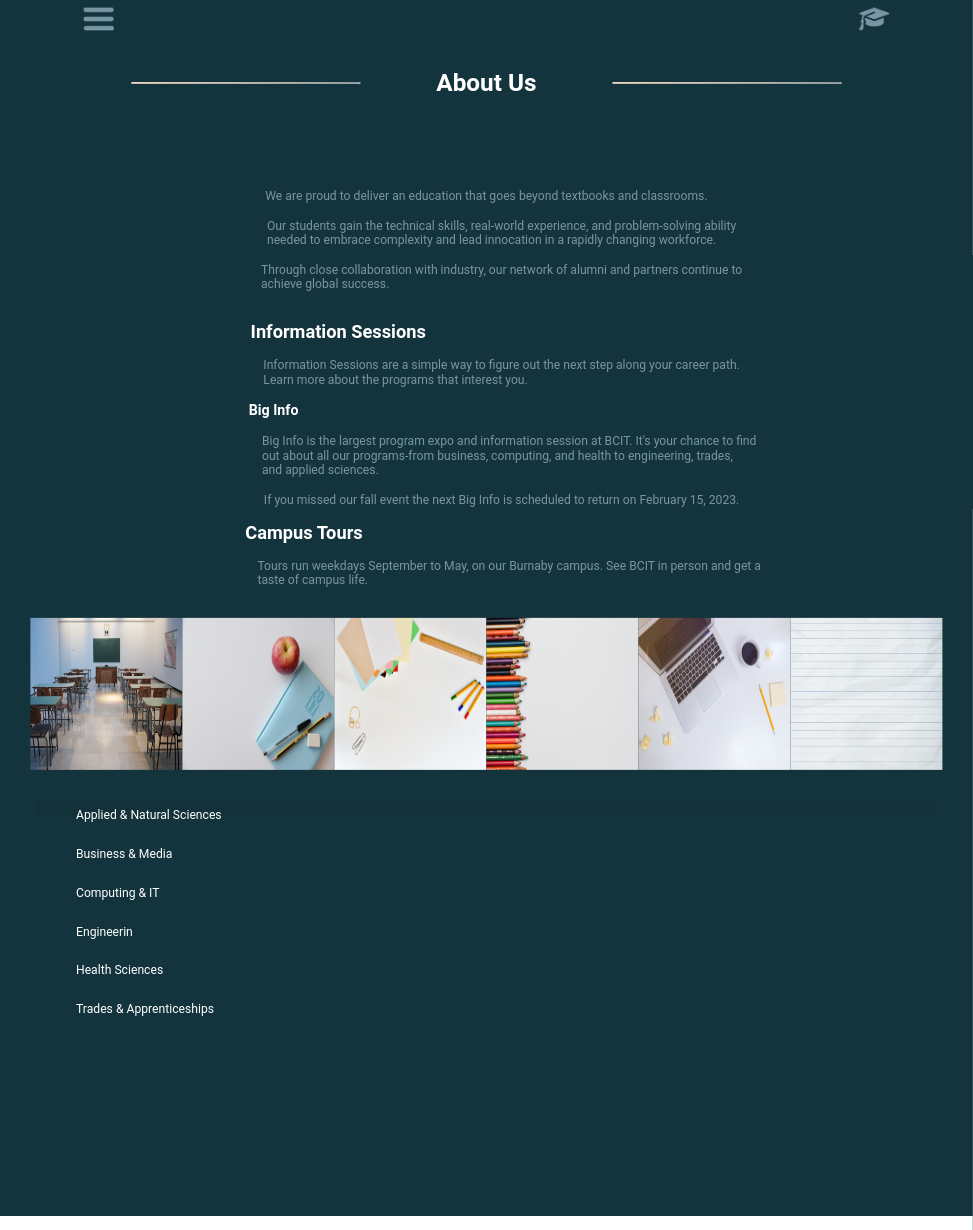
Repository: Sheraliramzan/Aly_A01253508_Assignment1
Page: /about
The author's editor kept a copy of each file at every save. The page is drawn from the files as they stood at one save, then again after the next save.
The browser window is 1280 px wide. The pictures show the whole page, at 76% of full size.
The project was rebuilt for these pictures with package versions that can differ from the ones it lists, and the page was loaded fresh each time. The framework's server and built-in components were replaced by stand-ins that run in the browser. Also part of the build but not shown: next.config.js.

Above is the page before, as saved 2023-02-05 10:03:41.

### pages/about.js
import Head from 'next/head'
import Image from 'next/image'
import styles from '../styles/Home.module.css'
import dynamic from "next/dynamic";
import Nav from '../comp/nav/nav';


const About = () => {
  return (
    <>
      <Head>
        <title>About Us</title>
        <meta name="author" content="MDIA 2109" />
        <meta property="og:title" content= 'Assignment #1 - About Us Page'/>
        <meta property="og:description" content= "BCIT Digital Design and Development Diploma"/>
        <meta name="viewport" content="width=device-width, initial-scale=1" />
        <link rel="icon" href="/favicon.png" />
      </Head>
      <main className={styles.main}>
        <div className="aboutcont">
          <Nav/>
          <div>
              <div className='headcont1'>
                <hr className='hori'></hr>
                <h1 className='header'>About Us</h1>
                <hr className='hori1'></hr>
                <h1></h1>
              </div>
              <div className='paracont'>
                <p className='para2'> We are proud to deliver an education that goes beyond textbooks
                  and classrooms.</p>
                <p className='para3'> Our students gain the technical skills, real-world experience,
                  and problem-solving ability <br /> needed to embrace complexity
                  and lead innocation in a rapidly changing workforce.</p>
                <p className='para3'>Through close collaboration with industry, our network of alumni
                  and partners continue to <br /> achieve global success.</p>
              </div>
                <h2 className='header2'> Information Sessions</h2>
                <p className='para3'> Information Sessions are a simple way to figure out the next
                  step along your career path. <br /> Learn more about the
                programs that interest you.</p>
                <h3 className='header3'>Big Info</h3>
              <p className='para4'> Big Info is the largest program expo and information session at
                BCIT. It's your chance to find <br /> out about all our
                programs-from business, computing, and health to engineering,
                trades,
                <br /> and applied sciences.
              </p>
              <p className='para3'>If you missed our fall event the next Big Info is scheduled to
                return on February 15, 2023.
              </p>
              <h2 className="header4">Campus Tours</h2>
              <p className='para4'>  Tours run weekdays September to May, on our Burnaby campus. See
                BCIT in person and get a <br /> taste of campus life.</p>
          </div>
          <div>
            <div id="carouselImage">
                <Image src={"/0.jpg"} width={200} height={200}></Image>
                <Image src={"/1.jpg"} width={200} height={200}></Image>
                <Image src={"/2.jpg"} width={200} height={200}></Image>
                <Image src={"/3.jpg"} width={200} height={200}></Image>
                <Image src={"/4.jpg"} width={200} height={200}></Image>
                <Image src={"/5.jpg"} width={200} height={200}></Image>
            </div >
                  <div id="testOnImageHere">
                    <ul>
                      <li>Applied & Natural Sciences</li>
                      <li>Business & Media</li>
                      <li>Computing & IT</li>
                      <li>Engineerin</li>
                      <li>Health Sciences</li>
                      <li>Trades & Apprenticeships</li>
                    </ul>
                  </div>
          </div>
        </div>
        <a>
            <span>
                <img></img>
                <img></img>
            </span>
        </a>
      </main>
    </>
  )
}
export default dynamic (() => Promise.resolve(About), {ssr: false})

### styles/globals.css


* {
  box-sizing: border-box;
  padding: 0;
  margin: 0;
}

html,
body {
  margin: 0;
  padding: 0;
  font-family: "Roboto", sans-serif;
  scrollbar-width: none;

}
.menuimg{
  margin-left: 100px;
}
.gardimg{
  margin-right: 100px;
}
.navcont {
  display: flex;
  align-items: center;
  justify-content: space-between;
  padding: 10px;
}
.menucont{
  position: absolute;
  top: 0rem;
  left: 4rem;
}
a{
  color: var(--primary-color);
  text-decoration: none;
}

ul {
  display: flex;
  flex-direction: column;
  position: absolute;
  top: 10px;
  left: 50px;
  gap: 2rem;
  text-decoration: none;
}

ul > li {
  list-style-type: none;
  text-decoration: none;
  color: var(--primary-color);
}
.listcont{
  position: absolute;
  display: flex;
  align-items: flex-start;
  left: 3rem;
  top: 3rem;
}

.btncont {
  display: flex;
}

.close {
  background-color: transparent;
  border: none;
  font-size: larger;
  color: var(--primary-color);
}

.fullcont{
  width: 100vw;
  height: 100vh;
  background-image: url("/background-images/backgroundMountain.jpg");
  background-size: cover;
}
.but1{
  margin: 2px;
  padding: 5px 15px;
  background: none;
  border: 1px solid var(--primary-color);
  border-radius: 5px;
  color:var(--primary-color) ;
}
.butcont{
 margin-left: 250px;
}

.but1:hover{
  background-color: var( --primary-color);
  color: var(--quinary-color);
}
.downarrow{
  position: relative;
  left: 650px;
  top:50px;
}
.headcont{
  display: flex;
  flex-direction: column;
  width: 25%;
  margin-top: 320px;
  margin-left: 250px;
}
.headhome{
  color: var(--primary-color);
  font-size: 25px;
  margin-bottom: 10px;
}
.horidiv{
  width: 60%;
  border: 1px solid var(--secondary-color);
  margin-bottom: 10px;
}
.para1{
  color: var(--primary-color);
  font-size:12px;
  width: 100%;
  opacity: 0.8;
}
.aboutcont{
  width: 100%;
  background-color: var( --quaternary-color);
  justify-content: center;
  height: 1600px;
}
.hori{
  border-left: 300px solid var(--secondary-color);
  width: 100px;
  height: 1px;
  margin-right: 100px;
}
.hori1{
  border-left: 300px solid var(--secondary-color);
  width: 100px;
  height: 1px;
  margin-left: 100px;
}
.headcont1{
  text-align: center;
  margin-top: 40px;
  display: flex;
  justify-content: center;
  align-items: center;
}
.header{
  color: var(--primary-color);
}
.paracont{
  display: flex;
  flex-direction: column;
  color: var(--ternary-color);
  justify-content: center;
  align-items: center;
  margin-top: 100px;

}
.para2{
  margin-top: 20px;
  margin-bottom: 20px;
}
.header2{
  display: flex;
  flex-direction: column;
  align-items: center;
  margin-right: 390px;
  margin-top: 20px;
  margin-bottom: 20px;
  color: var(--primary-color);
}
.header3{
  display: flex;
  flex-direction: column;
  align-items: center;
  margin-right: 560px;
  margin-top: 20px;
  margin-bottom: 20px;
  color: var(--primary-color);
}
.header4{
  display: flex;
  flex-direction: column;
  align-items: center;
  margin-right: 480px;
  margin-top: 20px;
  margin-bottom: 20px;
  color: var(--primary-color);
}
.para3{
  color: var(--ternary-color);
  display: flex;
  align-items: center;
  justify-content: center;
  margin-bottom: 20px;
  margin-left: 40px;
}
.para4{
  color: var(--ternary-color);
  display: flex;
  align-items: center;
  justify-content: center;
  margin-bottom: 20px;
  margin-left: 60px;
}
#carouselImage{
  height: 200px;
  background-repeat: no-repeat;
  background-size: cover;
  display: flex;
  justify-content: center;
  align-items: center;
  margin: 40px 0px;
}
#testOnImageHere{
  background-color: rgba(16, 46, 53, 0.5);
  padding: 10px;
  margin: 0px 50px;
  position: relative;
}

### styles/variables.css
:root{
    --primary-color:#fff;
    --secondary-color:#f4d6b9;
    --ternary-color: #7796a4;
    --quaternary-color:#14343d;
    --quinary-color:rgba(16,46,53,0.5);
}

### styles/Home.module.css
.main {
  display: flex;
  flex-direction: column;
  justify-content: space-between;
  align-items: center;
}

### comp/nav/nav.js
import Head from 'next/head'
import Image from 'next/image'
import { useState } from 'react'
import { useRouter } from 'next/router'
import Link from 'next/link'

export default function Nav(){
    const [isMenuOpen, setIsMenuOpen] = useState(false);
  const handleClick = () => {
    setIsMenuOpen(!isMenuOpen);
  };
  const router = useRouter();
    return (
    <>
        <div className="navcont">
              <Image alt='menu' className='menuimg'
                src={"/icons/menu-icon.png"}
                width={40}
                height={30}
                onClick={handleClick}
              />
              <Image alt='grad' className='gardimg' src={"/icons/graduation-hat.png"} width={40} height={30} />
          </div>
          {isMenuOpen && (
            <div className="menucont">
              <div className="listcont">
                <div className="btncont">
                  <button className="close" onClick={handleClick}>
                    X
                  </button>
                </div>
                <div>
                  <ul>
                    <li>
                      <a href="#">Home</a>
                    </li>
                    <li>
                      <a href="/about">About</a>
                    </li>
                    <li>
                      <a href="/contact">Contact</a>
                    </li>
                  </ul>
                </div>
              </div>
              <Image alt='bar'
                src={"/background-images/menuBackground.png"}
                width={240}
                height={240}
              />
            </div>
          )}
    </>
    )
}

Loaded but not shown: pages/_app.js (common file); pages/_document.js (common file); pages/api/hello.js (common file)

After the next save:
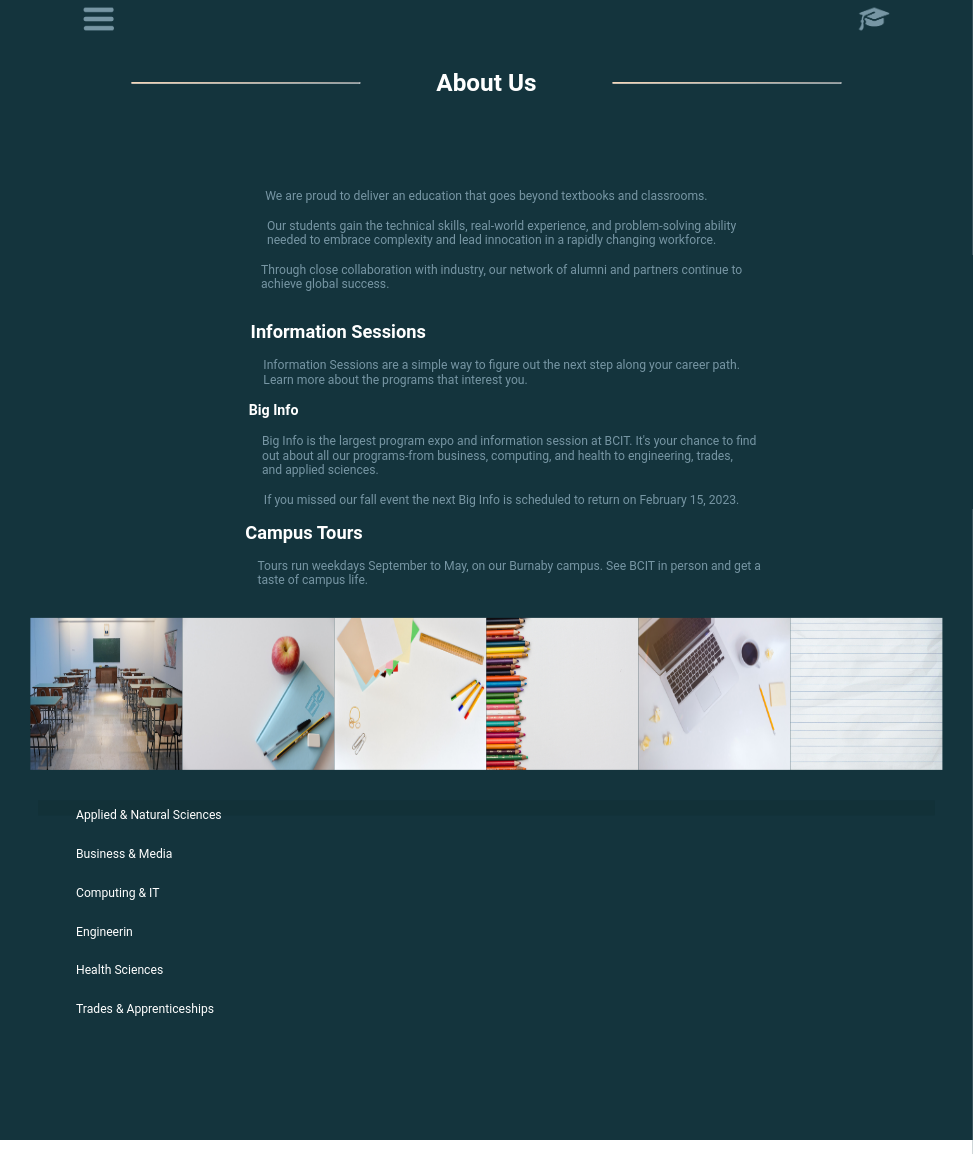
Saved 6 s later.
--- a/styles/globals.css
+++ b/styles/globals.css
@@ -124,7 +124,7 @@ ul > li {
   width: 100%;
   background-color: var( --quaternary-color);
   justify-content: center;
-  height: 1600px;
+  height: 1500px;
 }
 .hori{
   border-left: 300px solid var(--secondary-color);
